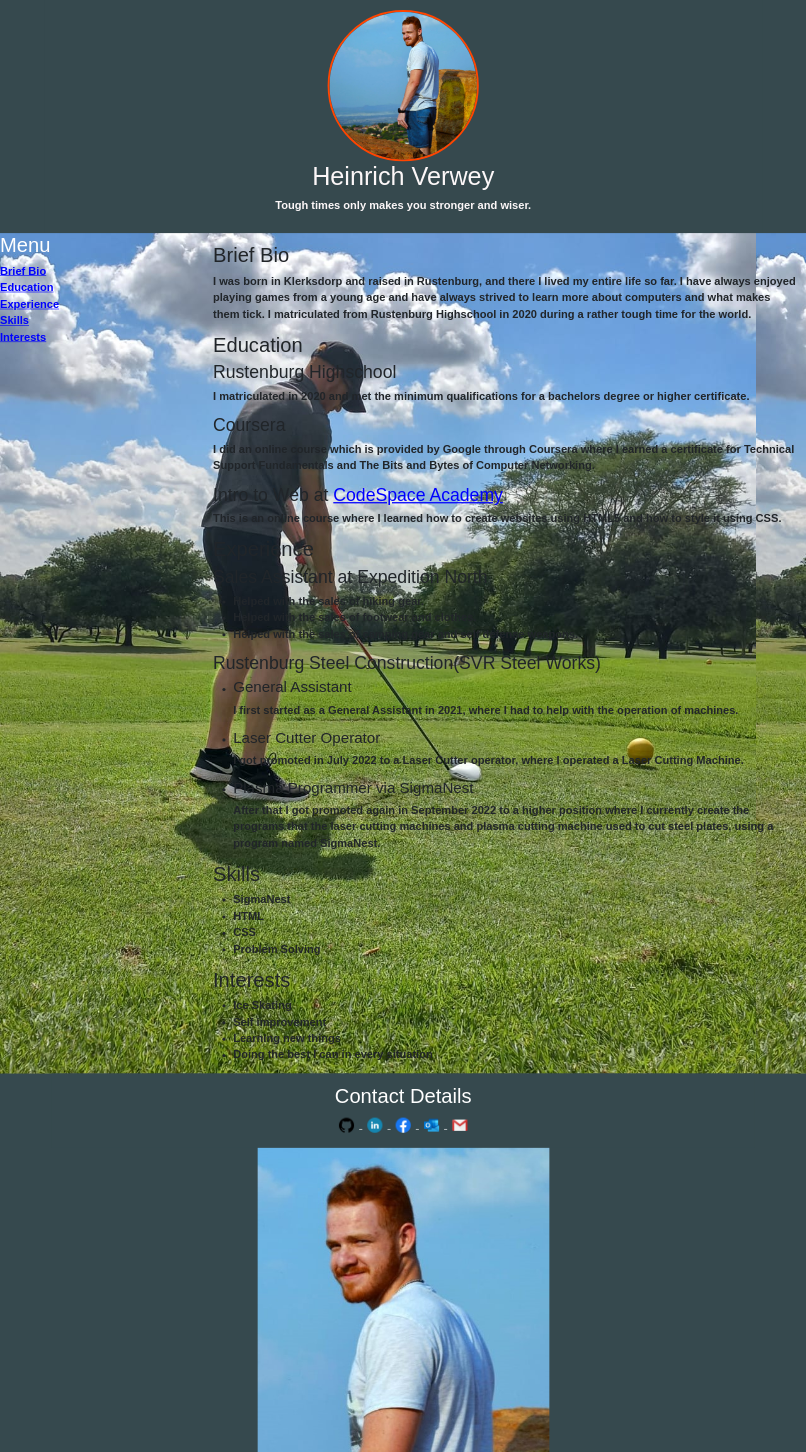
Repository: W3asl3y/IntroToWebDesign
Page: index.html
The author's editor kept a copy of each file at every save. The page is drawn from the files as they stood at one save, then again after the next save.
The browser window is 1280 px wide. The pictures show the whole page, at 63% of full size.

Above is the page before, as saved 2022-12-08 21:54:02.

After the next save:
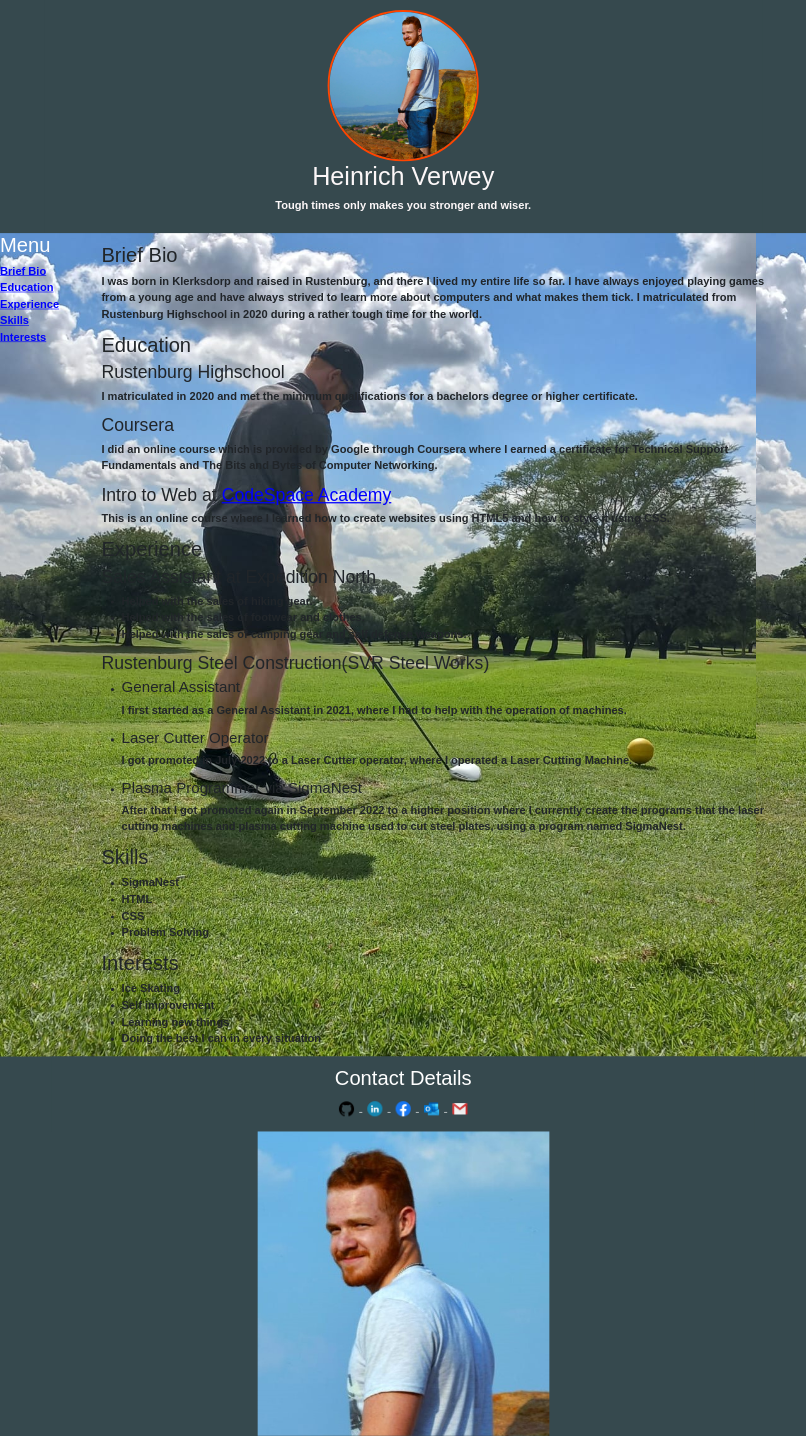
Saved 17 s later.
--- a/index.html
+++ b/index.html
@@ -38,7 +38,7 @@
         <div class="backgroundImage">
         <main>
 
-                <aside id="sidebar">
+                <div id="navbar">
                     <nav>
                         <h2 id="menu">
                             Menu
@@ -61,7 +61,7 @@
                             </li>
                         </ul>
                     </nav>
-                </aside>
+                </div>
 
 
             <div class="container" style="padding-top: 1rem">
